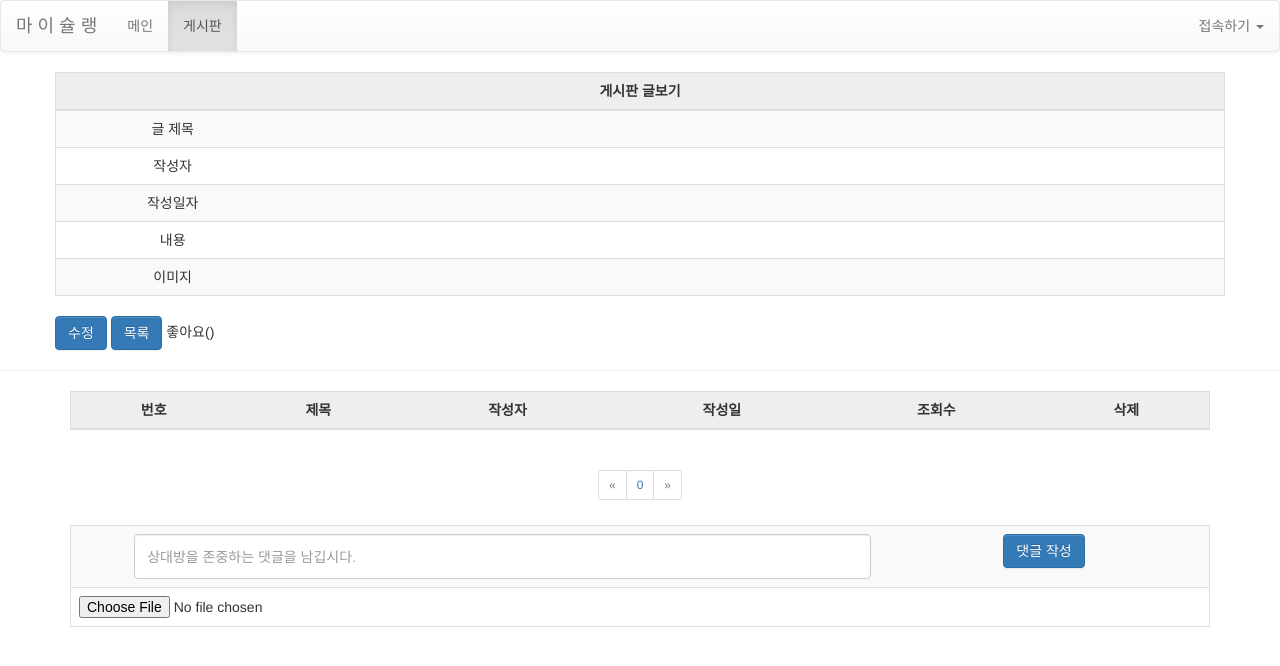
Repository: serendipity63/mychelin
Page: http://localhost/board/WEB-INF/views/detailform.jsp
These files come from the project's save history. The page is drawn as it stood at one moment and after the next save; the edit follows.
The browser window is 1280 px wide. The pictures show the whole page.
Some web libraries are served in a nearby version. The page is served by Tomcat 9. Nobody is signed in. The template is opened directly, without the code that normally fills it, so the values that code supplies are empty.

Above is the page before, as saved 2024-01-12 02:32:20.
Console error (its wording comes from the project's code and is left out).

After the next save:
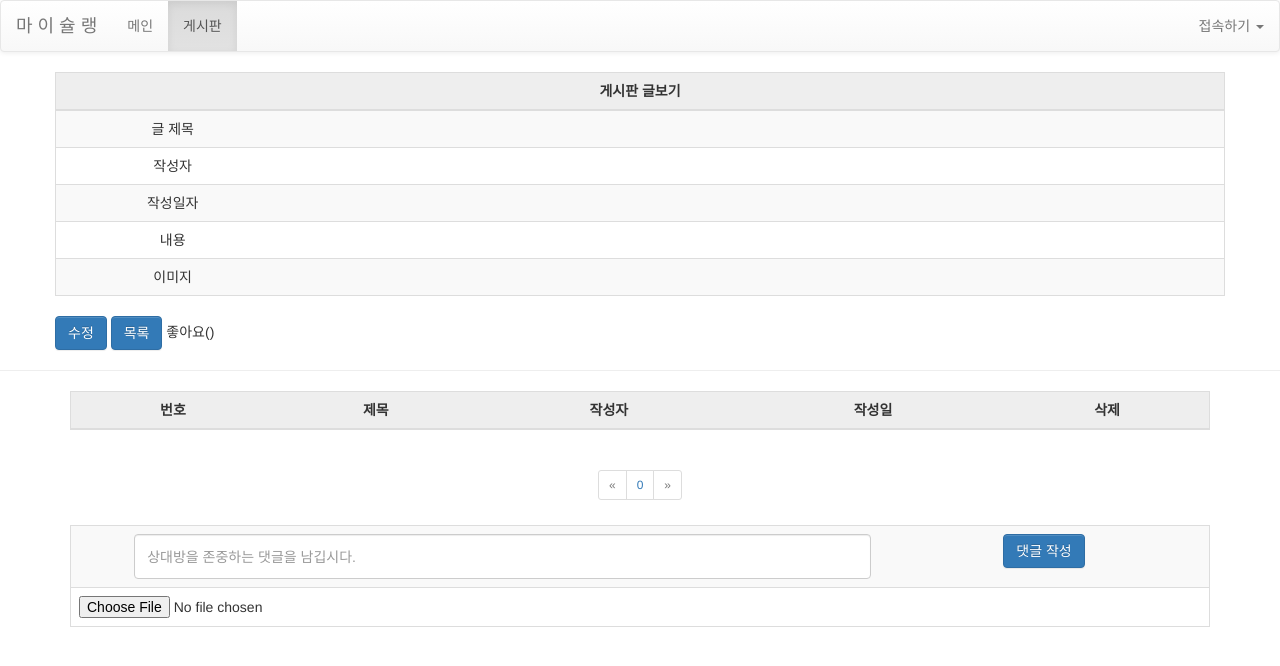
Saved 44 s later.
--- a/board/src/main/webapp/WEB-INF/views/detailform.jsp
+++ b/board/src/main/webapp/WEB-INF/views/detailform.jsp
@@ -202,7 +202,6 @@
 					<th style="background-color: #eeeeee; text-align: center;">제목</th>
 					<th style="background-color: #eeeeee; text-align: center;">작성자</th>
 					<th style="background-color: #eeeeee; text-align: center;">작성일</th>
-					<th style="background-color: #eeeeee; text-align: center;">조회수</th>
 					<th style="background-color: #eeeeee; text-align: center;">삭제</th>
 				</tr>
 			</thead>
